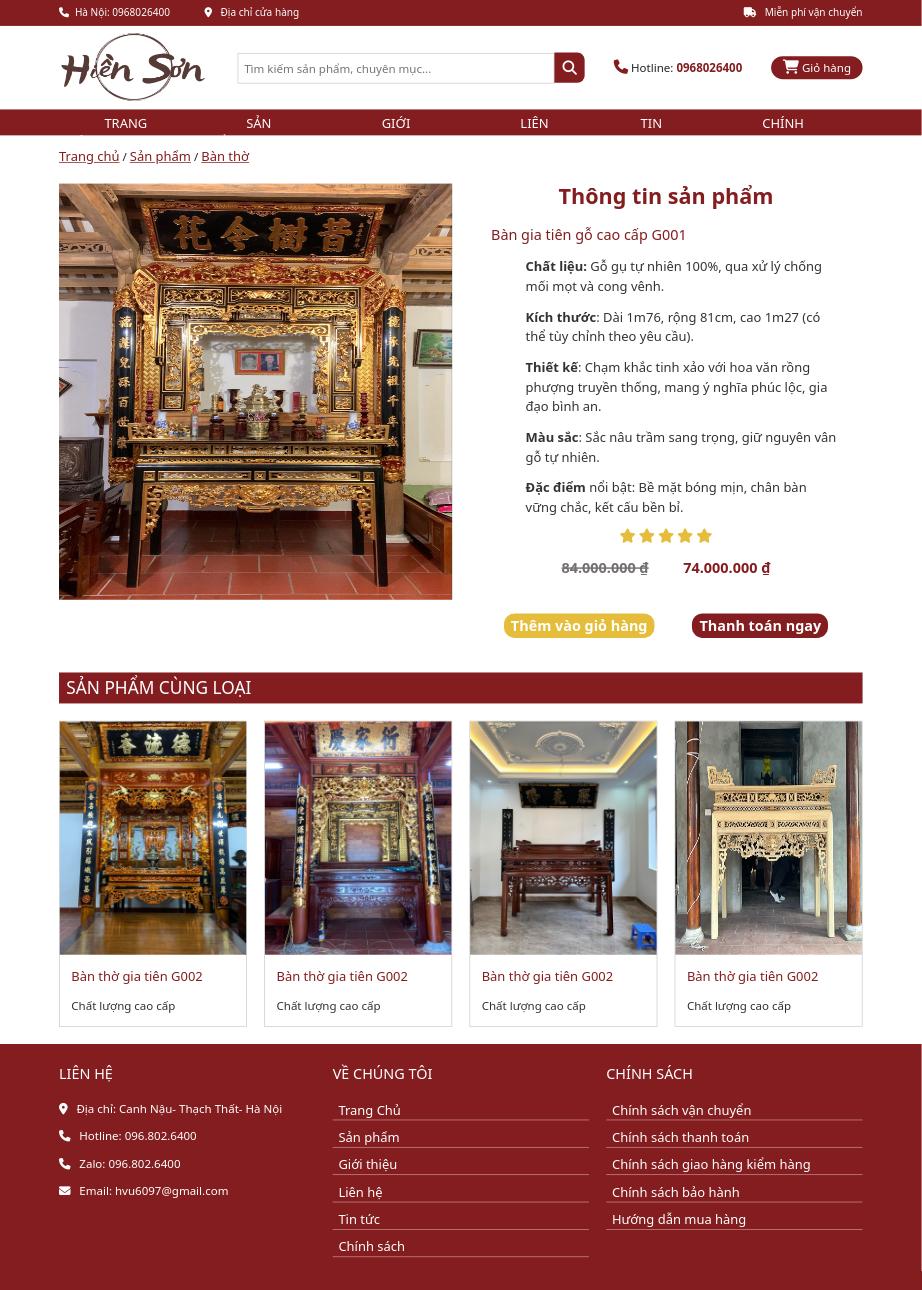
Repository: hoang28092000/do_go_hien_son
Page: product_details/ban_tho-g002.html
These files come from the project's save history. The page is drawn as it stood at one moment and after the next save; the edit follows.
The browser window is 1280 px wide. The pictures show the whole page, at 72% of full size.
Some web libraries are served in a nearby version.

Above is the page before, as saved 2024-08-10 22:03:49.

### product_details/ban_tho-g002.html
<!DOCTYPE html>
<html lang="en">
<head>
    <meta charset="UTF-8">
    <meta name="viewport" content="width=device-width, initial-scale=1.0">
    <link rel="stylesheet" href="../asset/style.css">
    <link rel="stylesheet" href="https://cdnjs.cloudflare.com/ajax/libs/font-awesome/6.6.0/css/all.min.css" integrity="sha512-Kc323vGBEqzTmouAECnVceyQqyqdsSiqLQISBL29aUW4U/M7pSPA/gEUZQqv1cwx4OnYxTxve5UMg5GT6L4JJg==" crossorigin="anonymous" referrerpolicy="no-referrer" />
    <link href="https://cdn.jsdelivr.net/npm/bootstrap@5.3.3/dist/css/bootstrap.min.css" rel="stylesheet" integrity="sha384-QWTKZyjpPEjISv5WaRU9OFeRpok6YctnYmDr5pNlyT2bRjXh0JMhjY6hW+ALEwIH" crossorigin="anonymous">
    <title>Bàn thờ gia tiên G002</title>
</head>
<body>
    <div id="header">
        <div class="top_header">
            <div class="container">
                <div class=" d-flex align-items-center justify-content-between pt-1">
                    <div class="d-flex">
                        <p class="mb-0 me-5"><a href="" class="txt-th">
                            <i class="fa-solid fa-phone icon-th pe-2"></i>Hà Nội: 0968026400
                        </a></p>
                        <p class="mb-0"><a href="" class="txt-th">
                            <i class="fa-solid fa-location-dot icon-th pe-2"></i>
                        Địa chỉ cửa hàng</a></p>
                    </div>
                    <p class="mb-0"><a href="" class="txt-th">
                        <i class="fa-solid fa-truck icon-th pe-2"></i>
                    Miễn phí vận chuyển</a></p>
                </div>
            </div>
        </div>
    </div>

        <div class="main_header py-2">
            <div class="container">
                <ul class="d-flex justify-content-between align-items-center ps-0 mb-0">
                    <li class="logo-hs">
                        <a href="../index.html"><img src="../asset/image/logo_1.png" class="logo-hd" alt=""></a>
                    </li>
                    <li class="search-hd">
                        <input type="text" class="input-search-hd" placeholder="Tìm kiếm sản phẩm, chuyên mục..."><i class="fa-solid fa-magnifying-glass icon-search_hd"></i>
                    </li>

                    <li class="contact-hd">
                        <i class="fa-solid fa-phone icon-hd "></i>
                        <span class="txt-hd">Hotline: <b style="color: #831d1f;">0968026400</b></span>
                    </li>

                    <li class="cart-hd">
                        <p class="mb-0 cart-list py-1 px-3">
                            <i class="fa-solid fa-cart-shopping icon-cart"></i><span class="txt-cart"> Giỏ hàng</span>
                        </p>
                    </li>
                </ul>
            </div>
        </div>

        <div class="bottom_header">
            <div class="container">
                <ul class="links d-flex justify-content-center align-items-center mb-0 ps-0">
                    <li class="link "><a href="../index.html" class="txt-link">TRANG CHỦ</a></li>
                    <li class="link"><a href="../website/product.html" class="txt-link">SẢN PHẨM</a></li>
                    <li class="link"><a href="../website/about-us.html" class="txt-link">GIỚI THIỆU</a></li>
                    <li class="link"><a href="../website/contact.html" class="txt-link">LIÊN HỆ</a></li>
                    <li class="link"><a href="../website/news.html" class="txt-link">TIN TỨC</a></li>
                    <li class="link"><a href="../website/policy.html" class="txt-link">CHÍNH SÁCH</a></li>
                 </ul>
            </div>
        </div>
    </div>
    <div class="main-product_details">
        <div class="container">
            <div class="links-product_details pt-3 pb-4">
                <a href="../index.html" class="link-pd">Trang chủ</a>
                <span class="slash"> /</span>
                <a href="../website/product.html" class="link-pd">Sản phẩm</a>
                <span class="slash"> /</span>
                <a href="../website/product.html" class="link-pd">Bàn thờ</a>
            </div>

            <div class="card-p_details">
                <div class="row">
                    <div class="col-lg-6">
                        <img src="../asset/image/anhn1.jfif" alt="" class="img-p_details w-100">
                    </div>
                    <div class="col-lg-6">
                        <div class="info-p_details">
                            <h3 class="name-p_details">
                                Thông tin sản phẩm
                            </h3>

                            <div class="desc-info-pd">
                                <p class="heading-pd">
                                    Bàn gia tiên gỗ cao cấp G001
                                </p>
                                <p class="txt-pd ps-5">
                                    <b>Chất liệu:</b> Gỗ gụ tự nhiên 100%, qua xử lý chống mối mọt và cong vênh.
                                </p>
                                <p class="txt-pd ps-5">
                                    <b>Kích thước</b>: Dài 1m76, rộng 81cm, cao 1m27 (có thể tùy chỉnh theo yêu cầu).
                                </p>
                                <p class="txt-pd ps-5">
                                    <b>Thiết kế</b>: Chạm khắc tinh xảo với hoa văn rồng phượng truyền thống, mang ý nghĩa phúc lộc, gia đạo bình an.
                                </p>
                                <p class="txt-pd ps-5">
                                    <b>Màu sắc</b>: Sắc nâu trầm sang trọng, giữ nguyên vân gỗ tự nhiên.
                                </p>
                                <p class="txt-pd ps-5">
                                    <b>Đặc điểm</b> nổi bật: Bề mặt bóng mịn, chân bàn vững chắc, kết cấu bền bỉ.
                                </p>
                                <div class="evaluate ">
                                    <i class="fa-solid fa-star icon-star"></i>
                                    <i class="fa-solid fa-star icon-star"></i>
                                    <i class="fa-solid fa-star icon-star"></i>
                                    <i class="fa-solid fa-star icon-star"></i>
                                    <i class="fa-solid fa-star icon-star"></i>

                                </div>
                                <div class="prices-pd d-flex justify-content-center my-3">
                                    <p class="price-pd mb-0">84.000.000 ₫</p>
                                    <p class="price_sold_out mb-0 ps-5">74.000.000 ₫</p>
                                </div>
                                <div class="pay text-center mt-5" >
                                    <button class="add_cart me-5">Thêm vào giỏ hàng</button>
                                    <button class="buy">Thanh toán ngay</button>
                                </div>
                        </div>
                    </div>
                </div>
            </div>
            <h3 class="title-pd mt-5">
                SẢN PHẨM CÙNG LOẠI
            </h3>
            <div class="pd-relate my-4">
                <div class="row">
                    <div class="col-lg-3">
                        <a href="" class="a-link_pd">
                            <div class="card-pd">
                                <img src="../asset/image/anhn3.jfif" alt="this is picture" class="w-100 img-relate">
                                <p class="name-product_r mt-3 px-3">Bàn thờ gia tiên G002</p>
                                <p class="info-pd_r px-3">Chất lượng cao cấp</p>
                            </div>
                        </a>
                    </div>
                    <div class="col-lg-3">
                        <a href="" class="a-link_pd">
                            <div class="card-pd">
                                <img src="../asset/image/anhn4.jfif" alt="this is picture" class="w-100 img-relate">
                                <p class="name-product_r mt-3 px-3">Bàn thờ gia tiên G002</p>
                                <p class="info-pd_r px-3">Chất lượng cao cấp</p>
                            </div>
                        </a>
                    </div>
                    <div class="col-lg-3">
                        <a href="" class="a-link_pd">
                            <div class="card-pd">
                                <img src="../asset/image/anhn5.jfif" alt="this is picture" class="w-100 img-relate">
                                <p class="name-product_r mt-3 px-3">Bàn thờ gia tiên G002</p>
                                <p class="info-pd_r px-3">Chất lượng cao cấp</p>
                            </div>
                        </a>
                    </div>
                    <div class="col-lg-3">
                        <a href="" class="a-link_pd">
                            <div class="card-pd">
                                <img src="../asset/image/anhn7.jfif" alt="this is picture" class="w-100 img-relate">
                                <p class="name-product_r mt-3 px-3">Bàn thờ gia tiên G002</p>
                                <p class="info-pd_r px-3">Chất lượng cao cấp</p>
                            </div>
                        </a>
                    </div>
                </div>
            </div>
        </div>
    </div>


    <div id="footer" class="mt-3">
        <div class="container">
            <div class="row">
                <div class="col-lg-4">
                    <h4 class="title-ft">LIÊN HỆ</h4>
                    <ul class="list-info">
                        <li>
                            <i class="fa-solid fa-location-dot icon-ft pe-2"></i>
                            <span class="txt-ft">Địa chỉ: Canh Nậu- Thạch Thất- Hà Nội</span>
                        </li>
                        <li>
                            <i class="fa-solid fa-phone icon-ft pe-2"></i>
                            <span class="txt-ft">Hotline: 096.802.6400</span>
                        </li>
                        <li>
                            <i class="fa-solid fa-phone icon-ft pe-2"></i>
                            <span class="txt-ft">Zalo: 096.802.6400    </span>
                        </li>
                        <li>
                            <i class="fa-solid fa-envelope icon-ft pe-2"></i>
                           <span class="txt-ft">Email: hvu6097@gmail.com</span>
                        </li>
                    </ul>
                </div>
                <div class="col-lg-4">
                    <h4 class="title-ft">
                        VỀ CHÚNG TÔI
                    </h4>
                    <ul class="list-links ps-0">
                        <li class="item-link"><a href="../index.html" class="link-ft">Trang Chủ </a></li>
                        <li class="item-link"><a href="../website/product.html" class="link-ft">Sản phẩm</a></li>
                        <li class="item-link"><a href="../website/about-us.html" class="link-ft">Giới thiệu</a></li>
                        <li class="item-link"><a href="../website/contact.html" class="link-ft">Liên hệ</a></li>
                        <li class="item-link"><a href="../website/news.html" class="link-ft">Tin tức</a></li>
                        <li class="item-link"><a href="../website/policy.html" class="link-ft">Chính sách</a></li>
                    </ul>
                </div>
                <div class="col-lg-4">
                    <h4 class="title-ft">
                       CHÍNH SÁCH
                    </h4>
                    <ul class="list-links ps-0">
                        <li class="item-link"><a href="../website/policy.html" class="link-ft">Chính sách vận chuyển </a></li>
                        <li class="item-link"><a href="../website/policy.html" class="link-ft">Chính sách thanh toán</a></li>
                        <li class="item-link"><a href="../website/policy.html" class="link-ft">Chính sách giao hàng kiểm hàng</a></li>
                        <li class="item-link"><a href="../website/policy.html" class="link-ft">Chính sách bảo hành</a></li>
                        <li class="item-link"><a href="../website/policy.html" class="link-ft">Hướng dẫn mua hàng</a></li>
                    </ul>
                </div>

            </div>
        </div>
    </div>
</body>
</html>

### asset/style.css
*{
    padding: 0px;
    margin: 0px ;
    box-sizing: border-box;
    list-style: none;
}

.top_header{
    height: 36px;
    background-color: #831d1f;
}

.top_header .txt-th{
    color: #fff;
    font-size: 14px;
    text-decoration: none;
    font-weight: 500;
}

.top_header .icon-th{
    color: #fff;
}
.top_header .txt-th:hover,
.top_header .icon-th:hover{
    opacity: 0.7;
}

.main_header .logo-hd{
    height: 100px;
    width: 208px;
}
.main_header .input-search-hd{
    font-size: 16px;
    color: #333;
    padding-left: 8px;
    width: 440px;
    height: 42px;
    border: 1px solid #ccc;
    outline: none;
}
.main_header .icon-search_hd{
    font-size: 20px;
    background-color: #831d1f;
    padding: 11px;
    color: #fff;
    border-radius: 0 10px 10px 0;
}
.main_header .icon-search_hd:hover{
    opacity: 0.7;
    cursor: pointer;
}
.main_header .contact-hd .icon-hd{
    font-size: 20px;
    color: #831d1f;
}
.cart-hd .cart-list{
    background-color: #831d1f;
    border-radius: 16px;
}
.cart-hd .txt-cart{
    font-size: 16px;
    font-weight: 500;
    color: #fff;
}
.cart-hd .icon-cart{
    font-size: 20px;
    color: #fff;
}
.cart-hd .cart-list:hover{
    opacity: 0.7;
    cursor: pointer;
}

.bottom_header{
    height: 36px;
    background-color: #831d1f;
}
.bottom_header .links{
    list-style: none;
    padding-top: 6px;
}

.links .txt-link{
    text-decoration: none;
    font-size: 18px;
    font-weight: 500;
    color: #fff;
    padding: 7px 63px 5px;
}
/* .links .txt-link:first-child{
    padding-left:0 ;

}
.links .txt-link:last-child{
    padding-right:0 ;
} */
.links .txt-link:hover{
    cursor: pointer;
    background-color: #bd7071;
}


/* Main*/
#main{
    padding: 20px 0;
}

.left-main .product_portfolio .txt_portfolio{
    font-size: 18px;
    font-weight: 600;
    padding: 4px 10px 4px 0;
    text-align: center;
    background-color: #831d1f;
    color: #fff;
}

.left-main .list_portfolio .items-product{
    border-bottom: 1px solid #ccc;
    padding: 10px 0 4px;
}

.left-main .list_portfolio .items-product:hover{
    background-color: #bd7071;
    color: #fff;
    cursor: pointer;
}
.left-main .list_portfolio .items-product:hover .txt-porduct {
    color: #fff;
}

.left-main .list_portfolio .txt-porduct{
    font-size: 18px;
    color: #333;
    text-decoration: none;
    padding-left: 4px;
    font-weight: 500;
}

/* right-main */

.right-main .first_news .txt-title{
    font-size: 32px;
    font-weight: 600;
    color: #fff;
    background-color: #831d1f;
    padding-left: 10px;

}
.right-main .first_news .hr-title{
    height: 3px;
    background-color: rgb(83, 19, 19);
}
.right-main .first_news .img-rm{
    height: 700px;
}

.right-main .first_news .title-news{
    font-size: 24px;
    font-weight: 500;
    color: #333;

}
.right-main .first_news .txt-bnews{
    font-size: 22px;
    font-weight: 500;
    color: #333;
}
.right-main .first_news .txt-news{
    font-size: 18px;
    color: 16px;
    padding-left: 40px;
    font-weight: 400;
}

.right-main .first_news  .btxt-news{
    font-size: 20px;
    font-weight: 400;
    color: #333;
    padding-left: 20px;
}


/* Main product */
#main .product .img-product{
    height: 412px;
}
#main .product{
    box-shadow: 0px 0px 5px 4px #ccc;
    padding-bottom: 20px;
}
.link-product{
    text-decoration: none;

}
.product .name-product{
    font-size: 18px;
    color: #333;
    font-weight: 500;
    text-align: center;

}
.product .sold-out{
    font-size: 16px;
    color: #757070;
    text-align: center;
}
.product .price-pr{
    font-size: 18px;
    font-weight: 500;
    color: #757070;
    text-decoration: line-through;
}
.product .price-promotion{
    font-size: 18px;
    font-weight: 500;
    color: #fff;
    background-color: #831d1f;
    border-radius: 20px;
    text-align: center;
    padding: 4px 10px;
}
.product .icon_cart-product{
    font-size: 20px;
    color: #831d1f;
    margin-left: 10px;
}

#main .relate_news .title_relate{
    font-size: 24px;
    color: #fff;
    background-color: #831d1f;
    padding: 8px 0 8px 8px;
}
.relate_news .link-relate{
    text-decoration: none;
}
.relate_news .card-relate{
    padding-bottom: 20px;
    box-shadow: 0px 0px 5px 4px #ccc;
}
.card-relate .img-relate{
    height: 229px;
}
.card-relate .info_relate{
    padding: 20px 20px 0 20px;
}
.card-relate .info_relate .h-relate{
    font: size 18px;
    color: #333;
    font-weight: 500;
}
.card-relate .info_relate .desc-relate{
    font-size: 16px;
    font-weight: 400;
    color: #333;
}




/* main about-us */
.main_about-us .title-as{
    font-size: 30px;
    font-weight: 600;
    color: #831d1f;
    text-align: center;
}
.main_about-us .hr-as{
    width: 200px;
    height: 4px;
    background-color: #831d1f;
    margin: 0 auto;
}
.main_about-us .heading-txt{
    font-size: 20px;
    font-weight: 500;
    color: #333;
}

.main_about-us .desc-as{
    font-size: 18px;
    color: #333;
    line-height: 1.8;
}


/* main contact */

.main-contact .title-contact{
    font-size: 30px;
    font-weight: 600;
    color: #831d1f;
    text-align: center;
}

.main-contact .my-info{
    box-shadow: 0px 0px 5px 4px #ccc;
    padding:  20px ;
    height: 437px;
}
.main-contact .my-info .logo-info{
    width: 100px;
    height: 100px;
    border: 2px double #831d1f;

}
.main-contact .my-info .icon-contact{
    font-size: 20px;
    color: #831d1f;
}

.main-contact .my-info .your-info{
    font-size: 22px;
    font-weight: 500;
    color: #831d1f;
    text-align: center;
}
.main-contact .my-info .txt-yi{
    font-size: 18px;
    color: #333;
    font-weight: 500;
}

.main-contact .my-info .input-yi{
    width: 100%;
    outline: none;
    border: 1px solid #ccc;
    padding : 4px 0 4px 6px;
}
.main-contact .text-contact{
    font-size: 18px;
    color: #831d1f;
    font-weight: 500;
    text-align: center;
}
.main-contact .btn-submit{
    border-radius: 10px;
    background-color: #831d1f;
    color: #fff;
    padding: 6px 30px;
    font-size: 18px;
}


/* main-news*/
.main-news .title-news{
    font-size: 24px;
    font-weight: 500;
    color: #831d1f;
    border-bottom: 5px solid #831d1f;
}
.main-news .img-news{
    height: 205px;
}

.main-news .link-news{
    text-decoration: none;
}

.main-news .card-news{
    height: 373px;
    border: 1px solid #ccc;
}

.main-news .link-news .info-news{
    padding: 0 8px;
}

.main-news .link-news .heading-news{
    font-size: 18px;
    font-weight: 500;
    color: #333;
    padding-top: 16px;
    margin-bottom: 0;
}
.main-news .link-news .desc-news{
    font-size: 16px;
    font-weight: 400;
    color: #333;
    margin-top: 4px;
    margin-bottom: 0;
}
.main-news .link-news .time-up{
    font-size: 12px;
    color: #757070;
    font-style: italic;
    padding: 10px 0 20px;
    float: right ;
}

/*main policy  */
.main-policy .title-policy{
    font: 30px;
    color: #831d1f;
    font-weight: 700;
    text-align: center;
    padding-top: 40px;
}
.main-policy .hr-policy{
    width: 200px;
    height: 4px;
    background-color: #831d1f;
    margin: 0 auto;
}
.main-policy .info-policy{
    margin-bottom: 32px;
}

.main-policy .heading-policy{
    font-size: 20px;
    color: #333;
    font-weight: 500;
}

.main-policy .txt-policy{
    padding-left: 20px;
}


/* main thiết kế phòng thờ hợp phong thủy */
.main-design_news .title-ds_news{
    font-size: 30px;
    font-weight: 700;
    color: #831d1f;
    margin-top: 30px;
    text-align: center;
}
.main-design_news .desc-news{
    font-size: 20px;
    color: #333;
    font-weight: 400;
    line-height: 1.7;
}
.main-design_news .img-news{
    height: 400px;
    width: 45%;
    padding: 10px 20px;
}
.main-design_news .desc-img{
    font-size: 16px;
    color: #423e3e;
    font-style: italic;
    text-align: center;
    padding-top: 20px;
}
.main-design_news .title_desc-news{
    font-size: 24px;
    font-weight: 600;
}


/* main- san pham chi tiet */

.main-product_details .links-product_details .link-pd{
    color: #831d1f;
    font-size: 18px;
    font-weight: 400;

}
.main-product_details .img-p_details{
    height: 578px;
}
.main-product_details .info-p_details{
    padding: 0 30px;

}
.main-product_details .info-p_details .name-p_details{
    font-size: 30px;
    color: #831d1f;
    font-weight: 600;
    text-align: center;
}
.info-p_details .desc-info-pd .heading-pd{
    font-size: 20px;
    color: #831d1f;
    font-weight: 500;
    margin-top: 20px;
}
.desc-info-pd .txt-pd{
    font-size: 18px;
    color: #333;
    font-weight: 400;
}
.desc-info-pd .evaluate{
    text-align: center;
}
.desc-info-pd .icon-star{
    font-size: 20px;
    color: #e6bd3a;
    margin: 0 auto;
}
.desc-info-pd .price-pd{
    font-size: 20px;
    color: #757070;
    font-weight: 600;
    text-decoration: line-through;
}
.desc-info-pd .price_sold_out{
    font-size: 20px;
    color: #831d1f;
    font-weight: 600;
    border-radius: 15px;
}
.desc-info-pd .pay .add_cart{
    font-size: 20px;
    color: #fff;
    font-weight: 600;
    background-color: #e6bd3a;
    border: none;
    border-radius: 15px;
    padding: 2px 10px;
}
.desc-info-pd .pay .buy{
    font-size: 20px;
    color: #fff;
    font-weight: 600;
    background-color: #831d1f;
    border: none;
    border-radius: 15px;
    padding: 2px 10px;
}
 .main-product_details .title-pd{
    font-size: 24px;
    color: #fff;
    background: #831d1f;
    padding: 7px 0 7px 10px;

 }
 .main-product_details  .hr-pd{
    background-color: #831d1f;
    height: 4px;
 }
.main-product_details .a-link_pd{
    text-decoration: none;
}
 .main-product_details .card-pd{
    border: 1px solid #ccc;

 }
 .main-product_details .card-pd .img-relate{
    height: 324px
 }
 .main-product_details .a-link_pd .card-pd .name-product_r{
    font-size: 18px;
    color: #831d1f;
    font-weight: 500;
 }
 .main-product_details .a-link_pd .card-pd .info-pd_r{
    font-size: 16px;
    color: #333;
    font-weight: 400;
 }





/* footer */
#footer{
    background-color: #831d1f;
    padding: 30px 0;
}
#footer .title-ft{
    font-size: 20px;
    font-weight: 500;
    color: #fff;
    margin-bottom: 24px;
}
#footer .list-info{
    padding-left: 0;
}
#footer .txt-ft ,
.icon-ft{
    color: #fff;
    font-size: 16px;
    font-weight: 400;
    padding-bottom: 18px;
}
#footer .list-links .link-ft{
    font-size: 18px;
    color: #fff;
    font-weight: 400;
    text-decoration: none;
    padding-left: 8px;
}
#footer .list-links .item-link{
    border-bottom: 1px solid #cc8b8b;
    margin-bottom: 10px;
}
#footer .list-links .item-link:hover{
    background-color: #bd7071;
    cursor: pointer;

}

After the next save:
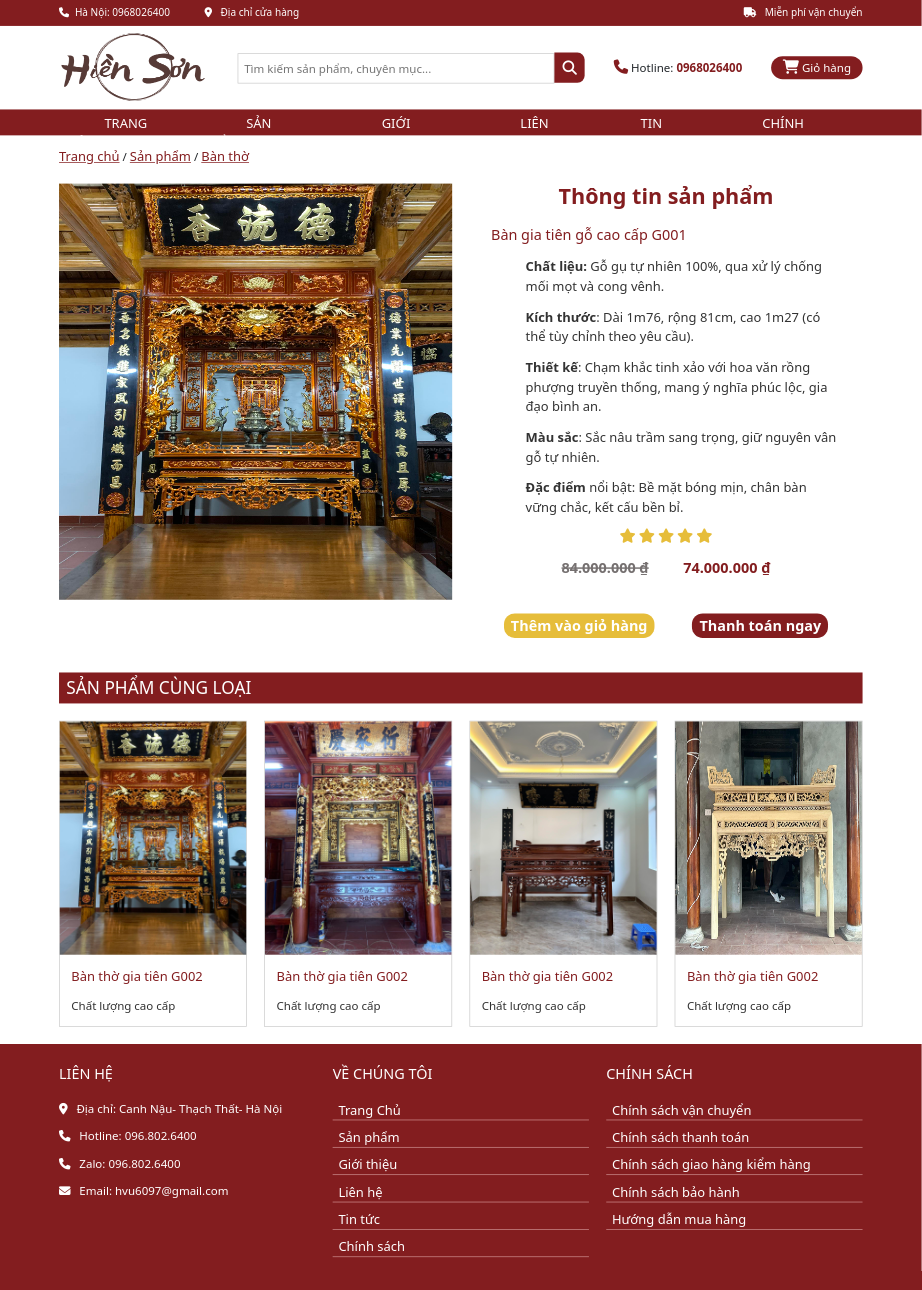
Saved 20 s later.
--- a/product_details/ban_tho-g002.html
+++ b/product_details/ban_tho-g002.html
@@ -79,7 +79,7 @@
             <div class="card-p_details">
                 <div class="row">
                     <div class="col-lg-6">
-                        <img src="../asset/image/anhn1.jfif" alt="" class="img-p_details w-100">
+                        <img src="../asset/image/anhn3.jfif" alt="" class="img-p_details w-100">
                     </div>
                     <div class="col-lg-6">
                         <div class="info-p_details">
